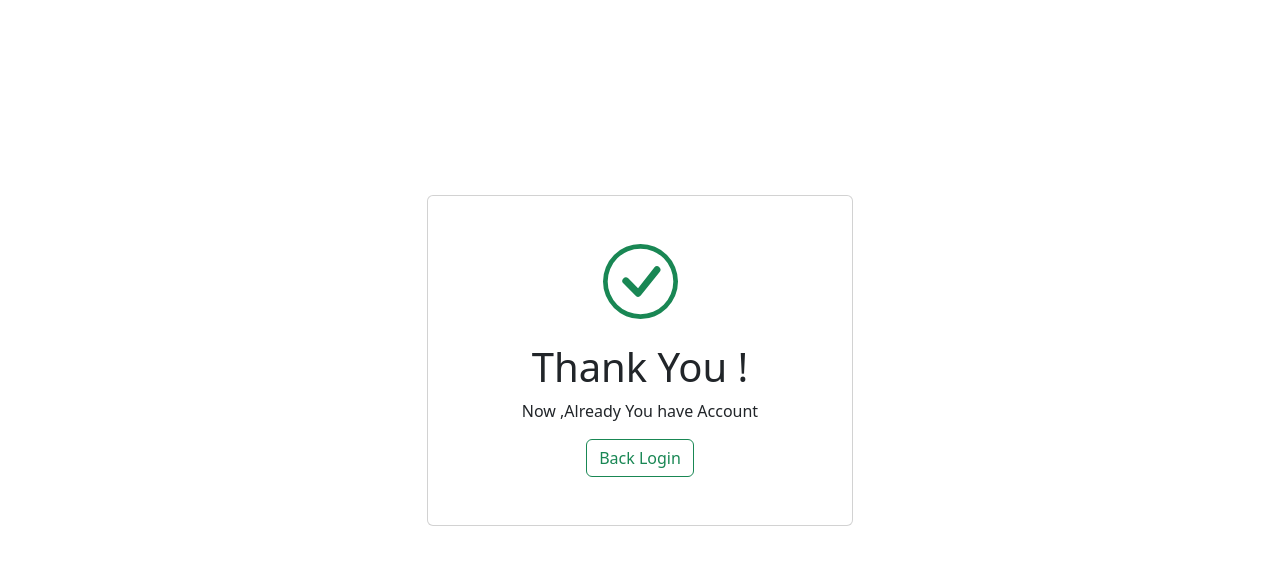
Repository: Ravindu200232/Food_Odering_App
Page: http://localhost/ordering/ssuccess.jsp
An editor plug-in stored every save of this project. The page is shown before and after the next save, followed by the edit.
The browser window is 1280 px wide. The pictures show the whole page.
The page is served by Tomcat 9.

Above is the page before, as saved 2024-05-15 18:21:15.

After the next save:
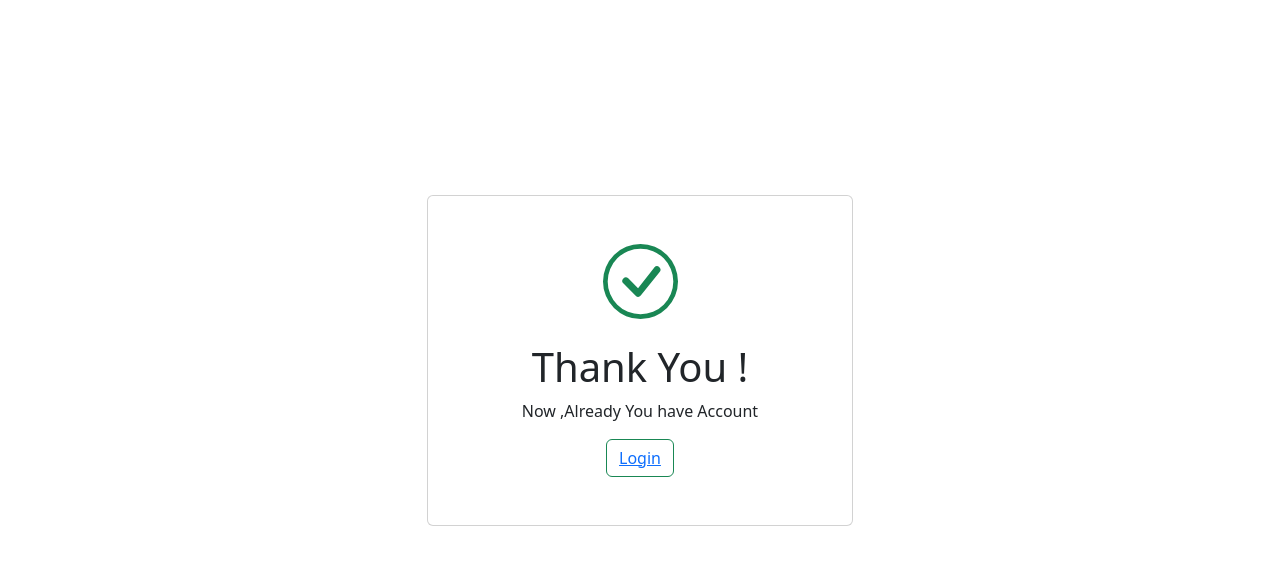
Saved 23 s later.
--- a/ordering/src/main/webapp/ssuccess.jsp
+++ b/ordering/src/main/webapp/ssuccess.jsp
@@ -25,7 +25,7 @@
                 <div class="text-center">
                     <h1>Thank You !</h1>
                     <p>Now ,Already You have Account </p>
-                    <button class="btn btn-outline-success">Back Login</button>
+                    <button class="btn btn-outline-success"><a href="">Login</a> </button>
                 </div>
             </div>
     </body>
